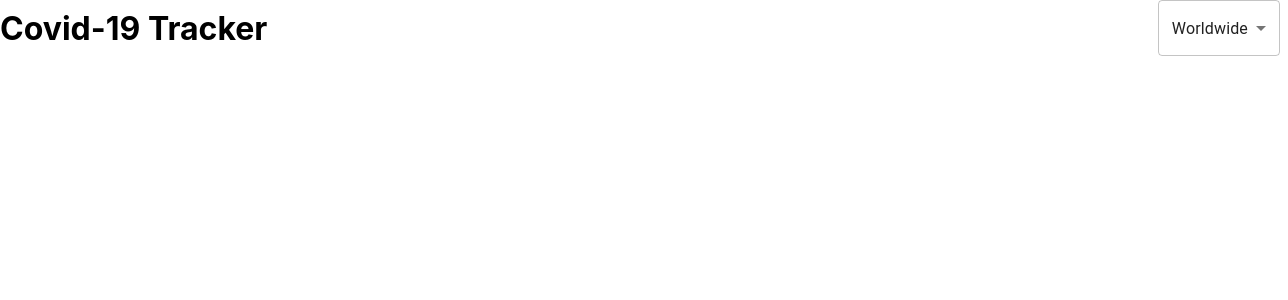
Repository: aashajo/covid-tracker-app-react
Page: /
The author's editor kept a copy of each file at every save. The page is drawn from the files as they stood at one save, then again after the next save.
The browser window is 1280 px wide. The page is 1288 px wide, so the pictures cover 1288 px, including what lies to the right of the window. The pictures show the whole page.
The page's requests for data from a server got no answer. The project was rebuilt for these pictures with package versions that can differ from the ones it lists, and the page was loaded fresh each time. No one was signed in, and anything a server would have sent is missing.

Above is the page before, as saved 2020-08-25 20:20:43.

After the next save:
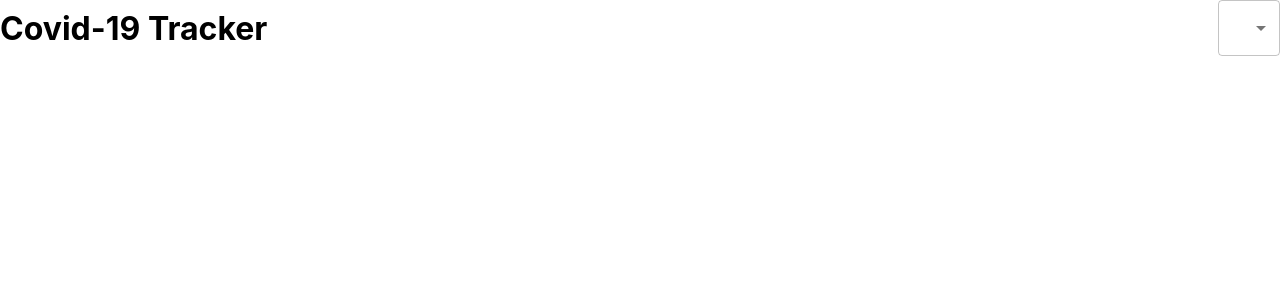
Saved 52 s later.
--- a/src/App.js
+++ b/src/App.js
@@ -10,7 +10,7 @@
 
 function App() {
   const [countries, setCountries] = useState([]); //State --> Variable declaration in React
-  const [country, setCountry] = useState("worldwide");
+  const [country, setCountry] = useState();
   useEffect(() => {
     //useEffect --> Code inside useEffect will run once when the component loads and not againRuns a set of code based on given condition
     const getCountriesData = async () => {

After the save that followed:
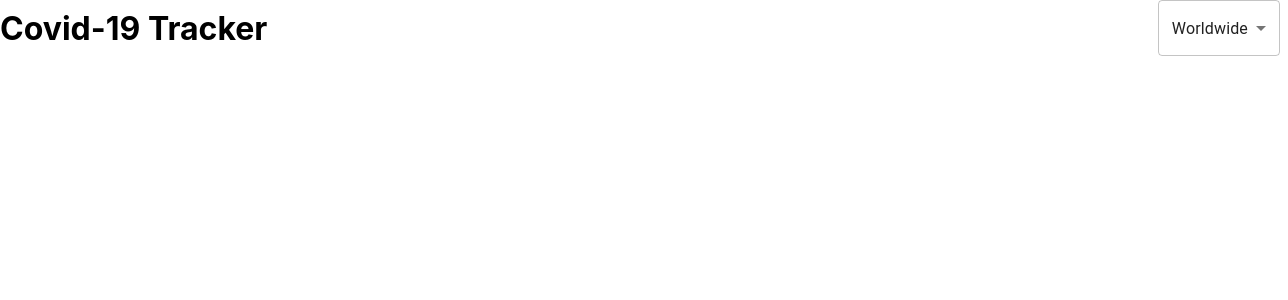
Saved 8 s later.
--- a/src/App.js
+++ b/src/App.js
@@ -10,7 +10,7 @@
 
 function App() {
   const [countries, setCountries] = useState([]); //State --> Variable declaration in React
-  const [country, setCountry] = useState();
+  const [country, setCountry] = useState("worldwide");
   useEffect(() => {
     //useEffect --> Code inside useEffect will run once when the component loads and not againRuns a set of code based on given condition
     const getCountriesData = async () => {
